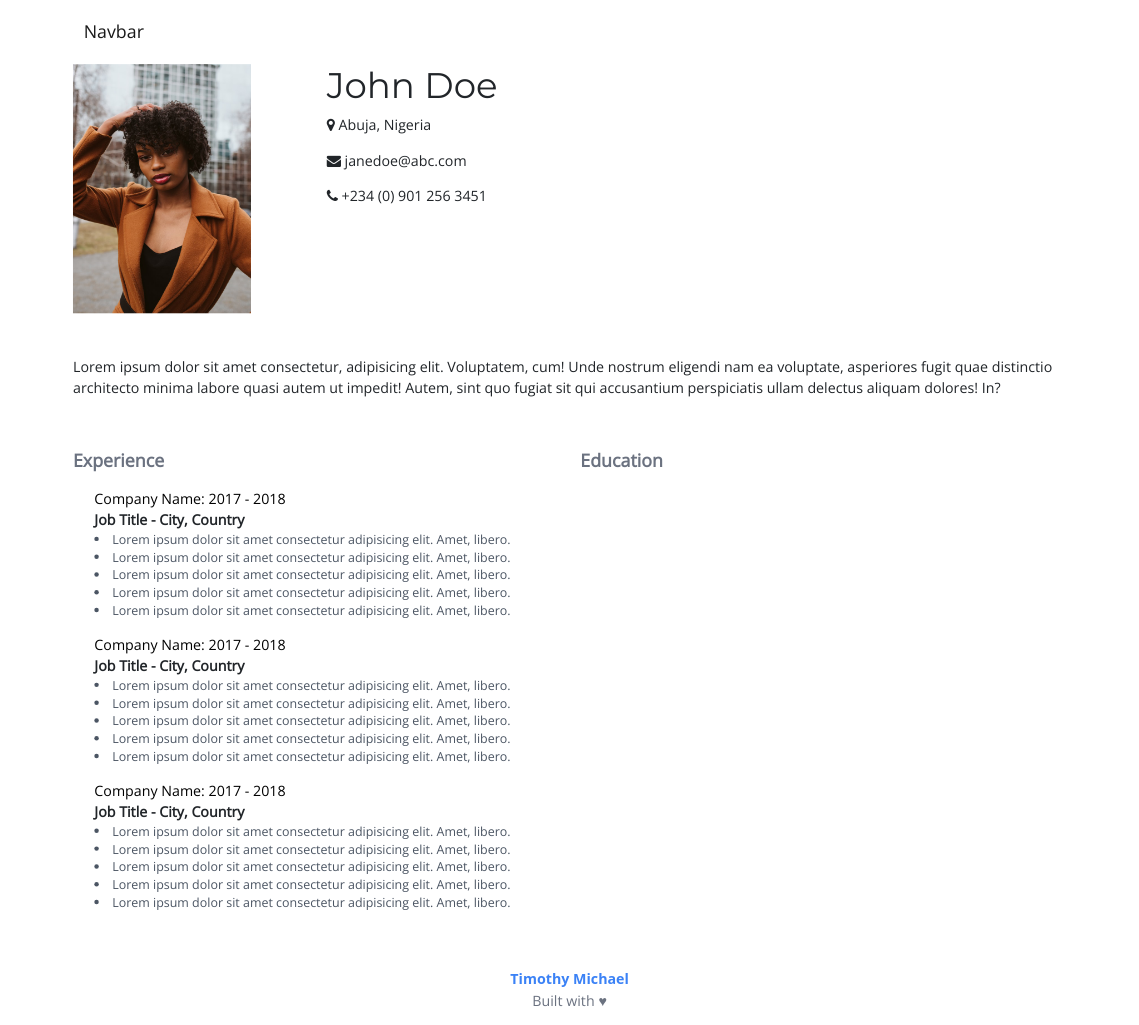
Repository: latenightsnacc/giggles
Page: HTML/CV.html
These files come from the project's save history. The page is drawn as it stood at one moment and after the next save; the edit follows.
The browser window is 1280 px wide. The pictures show the whole page, at 89% of full size.
Some web libraries are served in a nearby version.

Above is the page before, as saved 2021-01-05 11:13:02.

### HTML/CV.html
<!DOCTYPE html>
<html lang="en">
<head>
    <meta charset="UTF-8">
    <meta name="viewport" content="width=device-width, initial-scale=1.0">
    <link href="https://cdnjs.cloudflare.com/ajax/libs/tailwindcss/2.0.2/tailwind.min.css" rel="stylesheet">
    <link rel="stylesheet" href="https://stackpath.bootstrapcdn.com/font-awesome/4.7.0/css/font-awesome.min.css" />
    <link href="https://cdn.jsdelivr.net/npm/bootstrap@5.0.0-beta1/dist/css/bootstrap.min.css" rel="stylesheet" integrity="sha384-giJF6kkoqNQ00vy+HMDP7azOuL0xtbfIcaT9wjKHr8RbDVddVHyTfAAsrekwKmP1" crossorigin="anonymous">
    <link rel="stylesheet" href="stylesheet.css">
    <title>CV Page</title>
</head>
<body class="overflow-x-hidden">
    <!--Navigation-->
    <header class="container">
        <nav class="navbar navbar-expand-lg navbar-light bg-white py-3">
            <div class="container-fluid">
              <a class="navbar-brand" href="search.html">Navbar</a>
              <button class="navbar-toggler" type="button" data-bs-toggle="collapse" data-bs-target="#navbarNavDropdown" aria-controls="navbarNavDropdown" aria-expanded="false" aria-label="Toggle navigation">
                <span class="navbar-toggler-icon"></span>
              </button>
              <div class="collapse navbar-collapse" id="navbarNavDropdown">

              </div>
            </div>
        </nav>
    </header>
    <main>
        <!--Basic Profile-->
        <div class="container">
            <div class="row">
                <div class="col-xs-12 col-sm-12 col-md-3 col-lg-3 col-xl-3">
                    <div>
                        <img src="assets/userDp.jpg" style="width:200px" alt="profile picture">
                    </div>
                </div>
                <div class="col-xs-12 col-sm-12 col-md-9 col-lg-9 col-xl-9">
                    <div>
                        <h1>John Doe</h1>
                        <p>
                            <i class="fa fa-map-marker"></i>
                            Abuja, Nigeria
                        </p>
                        <p>
                            <i class="fa fa-envelope"></i>
                            janedoe@abc.com
                        </p>
                        <p>
                            <i class="fa fa-phone"></i>
                            +234 (0) 901 256 3451
                        </p>
                    </div>
                </div>
            </div>
        </div>

        <div class="container my-5">
            <p>Lorem ipsum dolor sit amet consectetur, adipisicing elit. Voluptatem, cum! Unde nostrum eligendi nam ea voluptate, asperiores fugit quae distinctio architecto minima labore quasi autem ut impedit! Autem, sint quo fugiat sit qui accusantium perspiciatis ullam delectus aliquam dolores! In?</p>
        </div>

        <div class="container my-5">
            <div class="row">
                <div class="col-xs-12 col-sm-12 col-md-12 col-lg-6 col-xl-6">
                    <div class="text-gray-500 font-semibold text-xl py-2">Experience</div>
                    <div class="container-sm my-2">
                        <div class="text-black">Company Name: <span>2017 - 2018</span></div>
                        <div class="font-bold text-md">Job Title - City, Country</div>
                        <li class="text-sm text-gray-600">Lorem ipsum dolor sit amet consectetur adipisicing elit. Amet, libero.</li>
                        <li class="text-sm text-gray-600">Lorem ipsum dolor sit amet consectetur adipisicing elit. Amet, libero.</li>
                        <li class="text-sm text-gray-600">Lorem ipsum dolor sit amet consectetur adipisicing elit. Amet, libero.</li>
                        <li class="text-sm text-gray-600">Lorem ipsum dolor sit amet consectetur adipisicing elit. Amet, libero.</li>
                        <li class="text-sm text-gray-600">Lorem ipsum dolor sit amet consectetur adipisicing elit. Amet, libero.</li>
                    </div>
                    <div class="container-sm my-3">
                        <div class="text-black">Company Name: <span>2017 - 2018</span></div>
                        <div class="font-bold">Job Title - City, Country</div>
                        <li class="text-sm text-gray-600">Lorem ipsum dolor sit amet consectetur adipisicing elit. Amet, libero.</li>
                        <li class="text-sm text-gray-600">Lorem ipsum dolor sit amet consectetur adipisicing elit. Amet, libero.</li>
                        <li class="text-sm text-gray-600">Lorem ipsum dolor sit amet consectetur adipisicing elit. Amet, libero.</li>
                        <li class="text-sm text-gray-600">Lorem ipsum dolor sit amet consectetur adipisicing elit. Amet, libero.</li>
                        <li class="text-sm text-gray-600">Lorem ipsum dolor sit amet consectetur adipisicing elit. Amet, libero.</li>
                    </div>
                    <div class="container-sm my-3">
                        <div class="text-black">Company Name: <span>2017 - 2018</span></div>
                        <div class="font-bold">Job Title - City, Country</div>
                        <li class="text-sm text-gray-600">Lorem ipsum dolor sit amet consectetur adipisicing elit. Amet, libero.</li>
                        <li class="text-sm text-gray-600">Lorem ipsum dolor sit amet consectetur adipisicing elit. Amet, libero.</li>
                        <li class="text-sm text-gray-600">Lorem ipsum dolor sit amet consectetur adipisicing elit. Amet, libero.</li>
                        <li class="text-sm text-gray-600">Lorem ipsum dolor sit amet consectetur adipisicing elit. Amet, libero.</li>
                        <li class="text-sm text-gray-600">Lorem ipsum dolor sit amet consectetur adipisicing elit. Amet, libero.</li>
                    </div>
                </div>
                <div class="col-xs-12 col-sm-12 col-md-12 col-lg-6 col-xl-6">
                    <div class="text-gray-500 font-semibold text-xl py-2">Education</div>
                </div>
            </div>
        </div>
    </main>
    <footer class="text-center text-l text-blue-500 font-semibold">
        Timothy Michael
        <p class="text-gray-500">Built with &hearts;</p>
    </footer>

    <script src="https://cdn.jsdelivr.net/npm/bootstrap@5.0.0-beta1/dist/js/bootstrap.bundle.min.js" integrity="sha384-ygbV9kiqUc6oa4msXn9868pTtWMgiQaeYH7/t7LECLbyPA2x65Kgf80OJFdroafW" crossorigin="anonymous"></script>

</body>
</html>

### HTML/stylesheet.css
@import url('https://fonts.googleapis.com/css2?family=Montserrat:wght@400;700&family=Open+Sans:wght@300;400&display=swap');

h1, h2, h3, h4, h5, h6 {
    font-family: 'Montserrat', sans-serif;
}
.user-info h1 {
    line-height: 60px;
    font-size: 50px;
    font-weight: 700;
    margin-top: 20px;
}
.user-info h2 {
    line-height: 27px;
    font-size: 18px;
    font-weight: 400;
    margin-top: 15px;
}
.user-info span {
    line-height: 36px;
    font-size: 30px;
    font-weight: 600;
}
.user-info p {
    margin: 5px 0;
}
.user-info button {
    margin-top: 10px;
}
p, div, a, button {
    font-family: 'Open Sans', sans-serif;
    font-weight: 300;
}

.work-experience .row:hover .text {
    border:2px solid  #3b82f6;

}
.work-experience .row:hover .flex .no {
    border:1px solid #3b82f6;

}
.nav-link {
    color: #3b82f6 !important;
}
.nav-item .active{
    font-weight: 600;
}

After the next save:
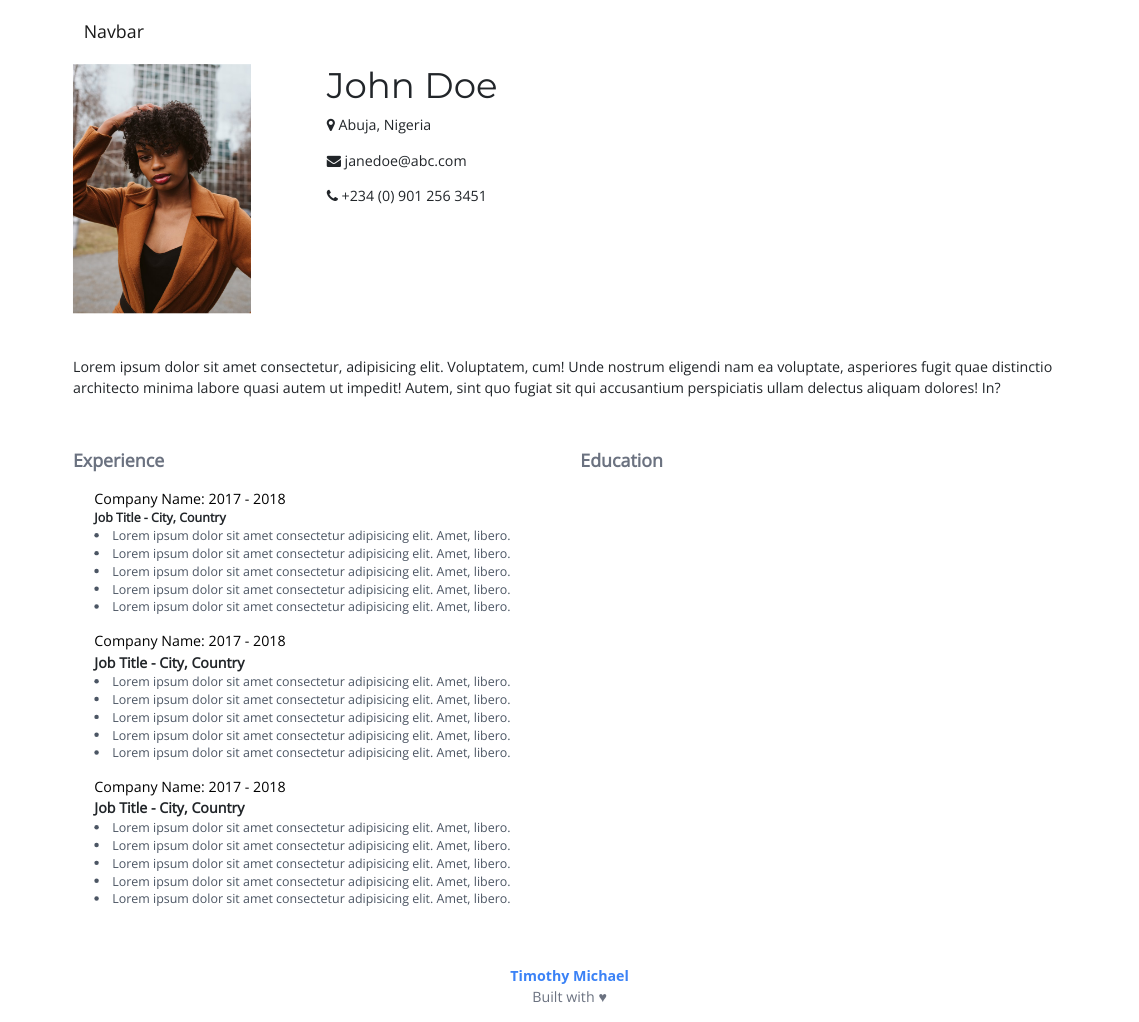
Saved 8 s later.
--- a/HTML/CV.html
+++ b/HTML/CV.html
@@ -63,7 +63,7 @@
                     <div class="text-gray-500 font-semibold text-xl py-2">Experience</div>
                     <div class="container-sm my-2">
                         <div class="text-black">Company Name: <span>2017 - 2018</span></div>
-                        <div class="font-bold text-md">Job Title - City, Country</div>
+                        <div class="font-bold text-sm">Job Title - City, Country</div>
                         <li class="text-sm text-gray-600">Lorem ipsum dolor sit amet consectetur adipisicing elit. Amet, libero.</li>
                         <li class="text-sm text-gray-600">Lorem ipsum dolor sit amet consectetur adipisicing elit. Amet, libero.</li>
                         <li class="text-sm text-gray-600">Lorem ipsum dolor sit amet consectetur adipisicing elit. Amet, libero.</li>

After the save that followed:
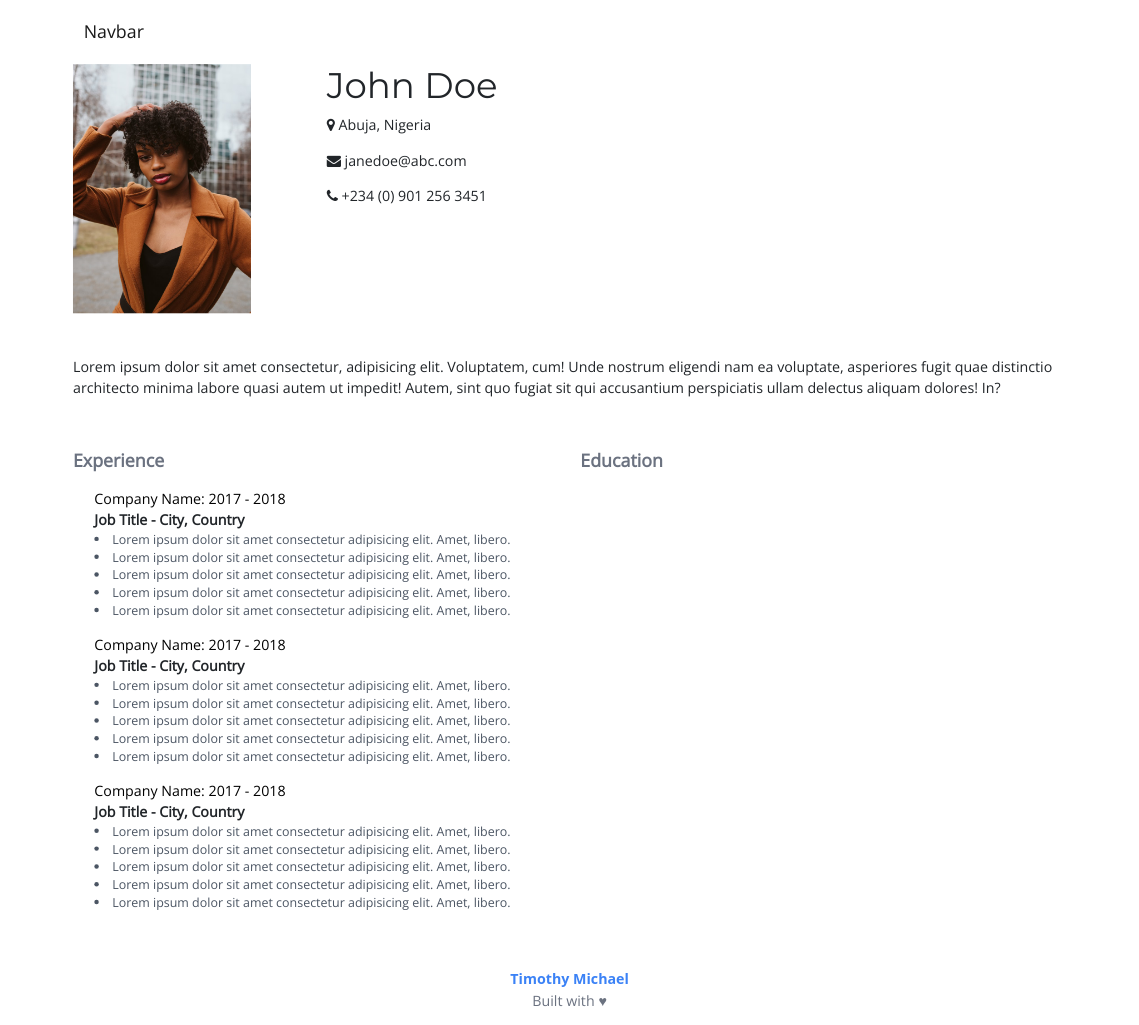
Saved 5 s later.
--- a/HTML/CV.html
+++ b/HTML/CV.html
@@ -63,7 +63,7 @@
                     <div class="text-gray-500 font-semibold text-xl py-2">Experience</div>
                     <div class="container-sm my-2">
                         <div class="text-black">Company Name: <span>2017 - 2018</span></div>
-                        <div class="font-bold text-sm">Job Title - City, Country</div>
+                        <div class="font-bold text-md">Job Title - City, Country</div>
                         <li class="text-sm text-gray-600">Lorem ipsum dolor sit amet consectetur adipisicing elit. Amet, libero.</li>
                         <li class="text-sm text-gray-600">Lorem ipsum dolor sit amet consectetur adipisicing elit. Amet, libero.</li>
                         <li class="text-sm text-gray-600">Lorem ipsum dolor sit amet consectetur adipisicing elit. Amet, libero.</li>
